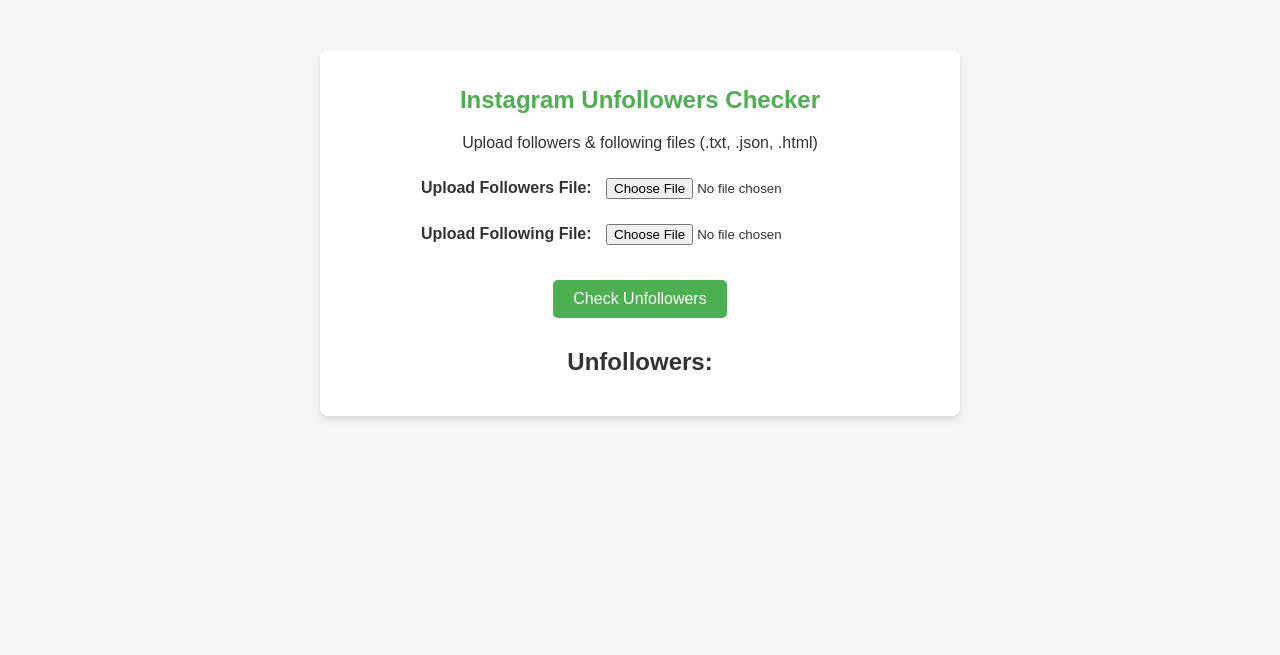
Repository: GiraldoNainggolan/IUC
Page: index.html
An editor plug-in stored every save of this project. The page is shown before and after the next save, followed by the edit.
The browser window is 1280 px wide. The pictures show the whole page.

Above is the page before, as saved 2025-02-04 15:28:26.

### index.html
<!DOCTYPE html>
<html lang="en">
<head>
    <meta charset="UTF-8">
    <meta name="viewport" content="width=device-width, initial-scale=1.0">
    <title>Instagram Unfollowers Checker</title>
    <link rel="stylesheet" href="style.css">
</head>
<body>
    <div class="container">
        <h1>Instagram Unfollowers Checker</h1>
        <p>Upload followers & following files (.txt, .json, .html)</p>

        <div class="upload-section">
            <label for="followersFile">Upload Followers File:</label>
            <input type="file" id="followersFile" accept=".txt, .json, .html">
        </div>
        <div class="upload-section">
            <label for="followingFile">Upload Following File:</label>
            <input type="file" id="followingFile" accept=".txt, .json, .html">
        </div>
        <button id="checkUnfollowers">Check Unfollowers</button>

        <div id="result" class="result">
            <h2>Unfollowers:</h2>
            <ul id="unfollowersList"></ul>
        </div>
    </div>
    <script src="script.js"></script>
</body>
</html>

### style.css
body {
    font-family: Arial, sans-serif;
    background-color: #f4f4f9;
    color: #333;
    margin: 0;
    padding: 0;
}

.container {
    max-width: 600px;
    margin: 50px auto;
    background: #fff;
    padding: 20px;
    box-shadow: 0 4px 6px rgba(0, 0, 0, 0.1);
    border-radius: 8px;
    text-align: center;
}

h1 {
    font-size: 24px;
    margin-bottom: 20px;
    color: #4CAF50;
}

.upload-section {
    margin: 15px 0;
}

label {
    font-weight: bold;
    margin-right: 10px;
}

input[type="file"] {
    margin-top: 10px;
}

button {
    margin-top: 20px;
    padding: 10px 20px;
    font-size: 16px;
    background: #4CAF50;
    color: white;
    border: none;
    border-radius: 5px;
    cursor: pointer;
}

button:hover {
    background: #45a049;
}

.result {
    margin-top: 30px;
}

ul {
    list-style: none;
    padding: 0;
}

ul li {
    background: #f9f9f9;
    margin: 5px 0;
    padding: 10px;
    border: 1px solid #ddd;
    border-radius: 4px;
}

### script.js
document.getElementById("checkUnfollowers").addEventListener("click", async () => {
    const followersFile = document.getElementById("followersFile").files[0];
    const followingFile = document.getElementById("followingFile").files[0];

    if (!followersFile || !followingFile) {
        alert("Silakan upload kedua file sebelum melanjutkan.");
        return;
    }

    try {
        const followers = await extractUsernamesFromHTML(followersFile);
        const following = await extractUsernamesFromHTML(followingFile);

        const unfollowers = following.filter(user => !followers.includes(user));
        displayUnfollowers(unfollowers);
    } catch (error) {
        alert("Terjadi kesalahan saat membaca file: " + error);
    }
});

async function extractUsernamesFromHTML(file) {
    return new Promise((resolve, reject) => {
        const reader = new FileReader();

        reader.onload = () => {
            const parser = new DOMParser();
            const doc = parser.parseFromString(reader.result, "text/html");

            // Ambil semua elemen <a> yang mengandung link Instagram
            const usernames = [...doc.querySelectorAll("a")]
                .map(a => a.textContent.trim())
                .filter(name => name.length > 0);

            if (usernames.length === 0) {
                reject("Tidak ditemukan username di dalam file.");
            } else {
                resolve(usernames);
            }
        };

        reader.onerror = () => reject(reader.error);
        reader.readAsText(file);
    });
}

function displayUnfollowers(unfollowers) {
    const list = document.getElementById("unfollowersList");
    list.innerHTML = "";

    if (unfollowers.length === 0) {
        list.innerHTML = "<li>Semua orang mengikuti balik!</li>";
        return;
    }

    unfollowers.forEach(user => {
        const listItem = document.createElement("li");
        listItem.textContent = user;
        list.appendChild(listItem);
    });
}

After the next save:
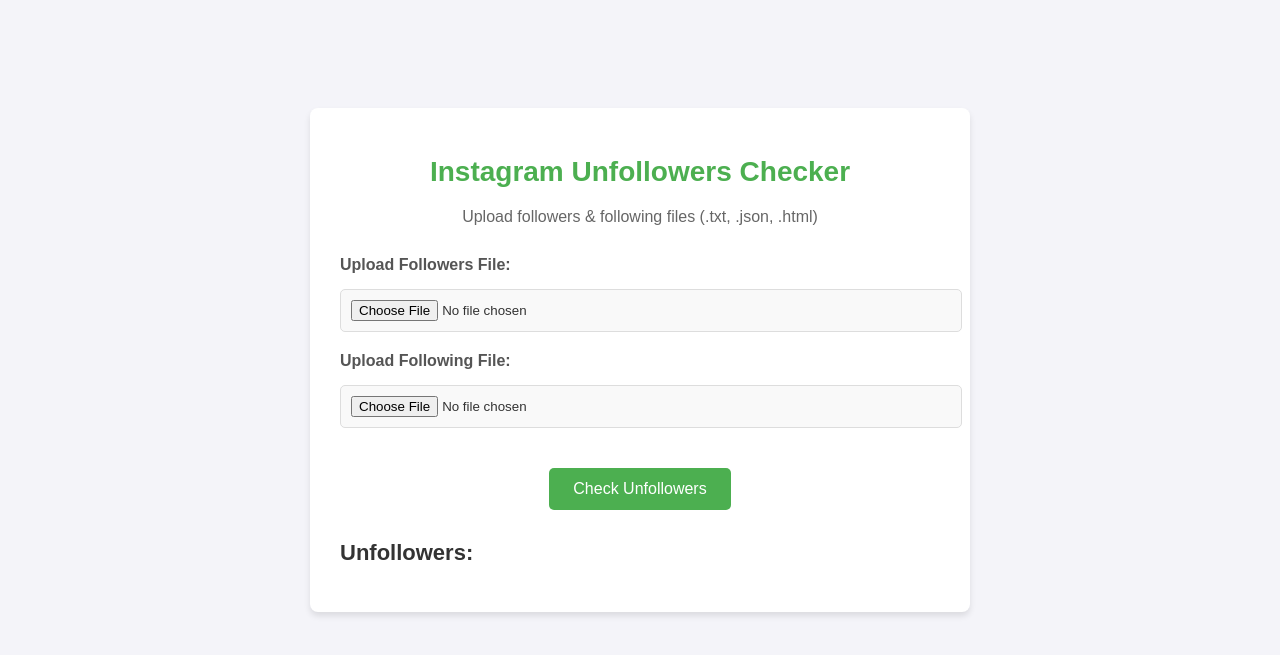
Saved 12 s later.
--- a/style.css
+++ b/style.css
@@ -4,46 +4,65 @@
     color: #333;
     margin: 0;
     padding: 0;
+    display: flex;
+    justify-content: center;
+    align-items: center;
+    height: 100vh;
 }
 
 .container {
     max-width: 600px;
-    margin: 50px auto;
+    width: 100%;
     background: #fff;
-    padding: 20px;
+    padding: 30px;
     box-shadow: 0 4px 6px rgba(0, 0, 0, 0.1);
     border-radius: 8px;
     text-align: center;
 }
 
 h1 {
-    font-size: 24px;
+    font-size: 28px;
     margin-bottom: 20px;
     color: #4CAF50;
 }
 
+p {
+    font-size: 16px;
+    color: #666;
+    margin-bottom: 30px;
+}
+
 .upload-section {
-    margin: 15px 0;
+    margin: 20px 0;
+    text-align: left;
 }
 
 label {
     font-weight: bold;
-    margin-right: 10px;
+    display: block;
+    margin-bottom: 10px;
+    color: #555;
 }
 
 input[type="file"] {
-    margin-top: 10px;
+    width: 100%;
+    padding: 10px;
+    border: 1px solid #ddd;
+    border-radius: 5px;
+    background: #f9f9f9;
+    margin-top: 5px;
 }
 
 button {
     margin-top: 20px;
-    padding: 10px 20px;
+    padding: 12px 24px;
     font-size: 16px;
     background: #4CAF50;
     color: white;
     border: none;
     border-radius: 5px;
     cursor: pointer;
+    transition: background 0.3s ease;
 }
 
 button:hover {
@@ -52,6 +71,13 @@
 
 .result {
     margin-top: 30px;
+    text-align: left;
+}
+
+h2 {
+    font-size: 22px;
+    color: #333;
+    margin-bottom: 15px;
 }
 
 ul {
@@ -61,8 +87,9 @@
 
 ul li {
     background: #f9f9f9;
-    margin: 5px 0;
-    padding: 10px;
+    margin: 10px 0;
+    padding: 15px;
     border: 1px solid #ddd;
     border-radius: 4px;
+    color: #555;
 }
